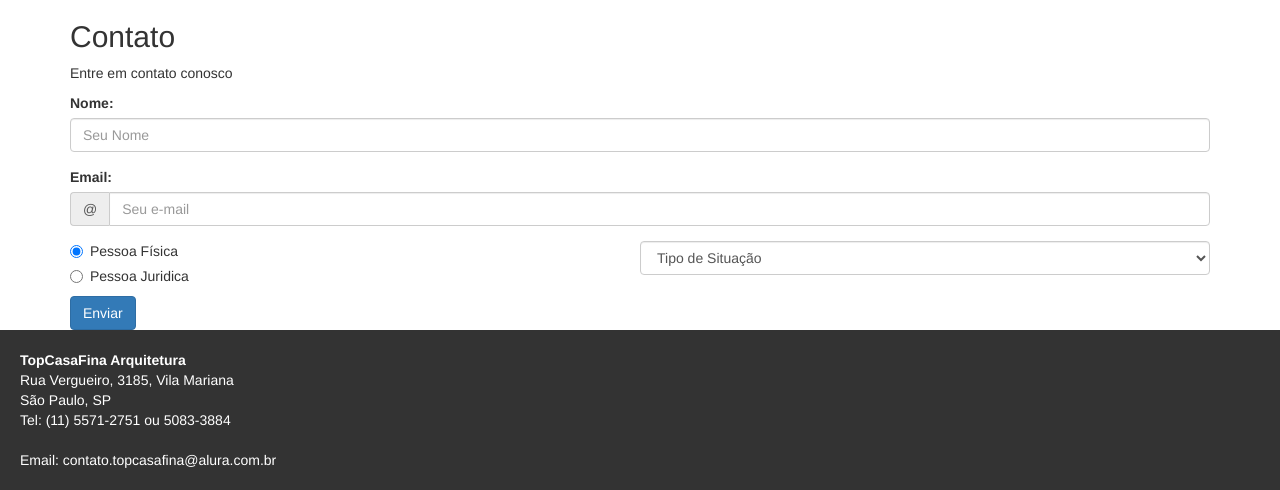
Repository: daviemer/bootstrap-alura
Page: index2.html
An editor plug-in stored every save of this project. The page is shown before and after the next save, followed by the edit.
The browser window is 1280 px wide. The pictures show the part of the page from y = 5880 to 6370 px (the page is 6370 px tall).

Above is the page before, as saved 2022-07-13 18:34:21.

After the next save:
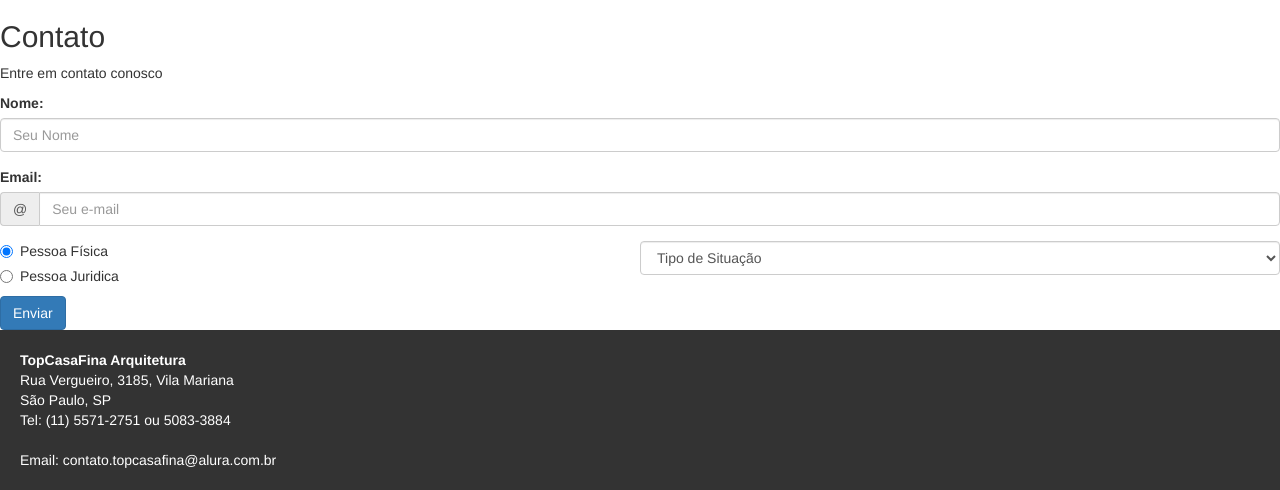
Saved 5 s later.
--- a/index2.html
+++ b/index2.html
@@ -179,7 +179,7 @@
     </div>
   </section class="container">
   <form action="">
-    <section class="container">
+    <section>
       <h2>Contato</h2>
       <p>Entre em contato conosco</p>
       <div class="form-group">

After the save that followed:
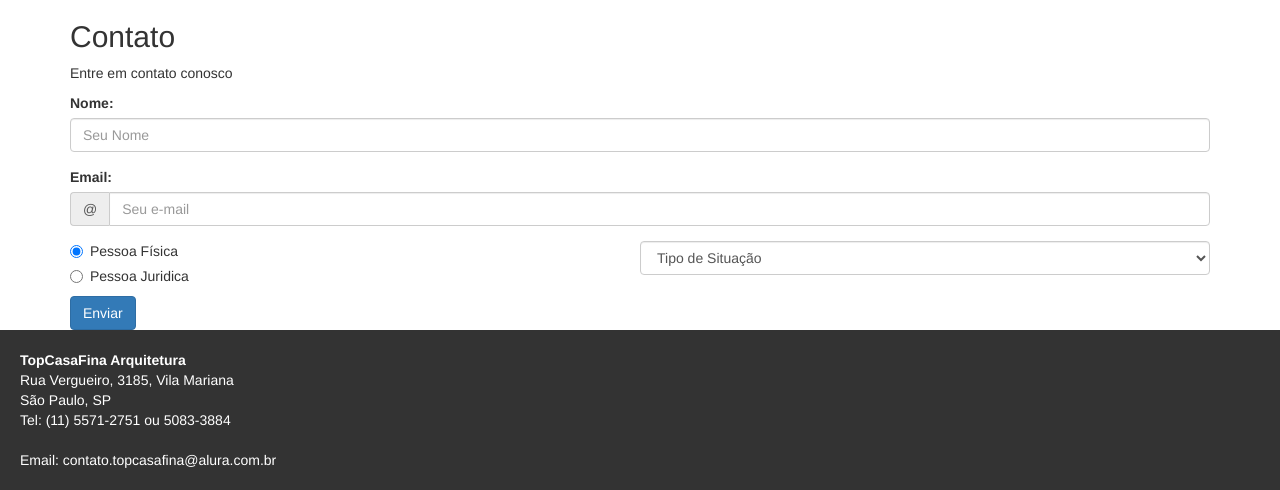
Saved 17 s later.
--- a/index2.html
+++ b/index2.html
@@ -177,9 +177,9 @@
       <iframe width="560" height="315" src="https://www.youtube.com/embed/i_3Pv1AygeI" frameborder="0"
         allowfullscreen></iframe>
     </div>
-  </section class="container">
+  </section>
   <form action="">
-    <section>
+    <section class="container">
       <h2>Contato</h2>
       <p>Entre em contato conosco</p>
       <div class="form-group">
